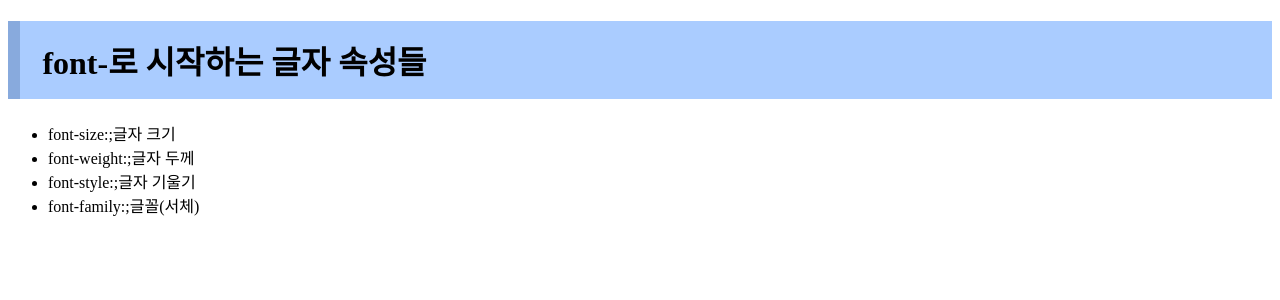
Repository: Git-Seokcoding/WEB
Page: CSS3/src/main/webapp/font.html
These files come from the project's save history. The page is drawn as it stood at one moment and after the next save; the edit follows.
The browser window is 1280 px wide. The pictures show the whole page.

Above is the page before, as saved 2023-10-12 08:37:52.

After the next save:
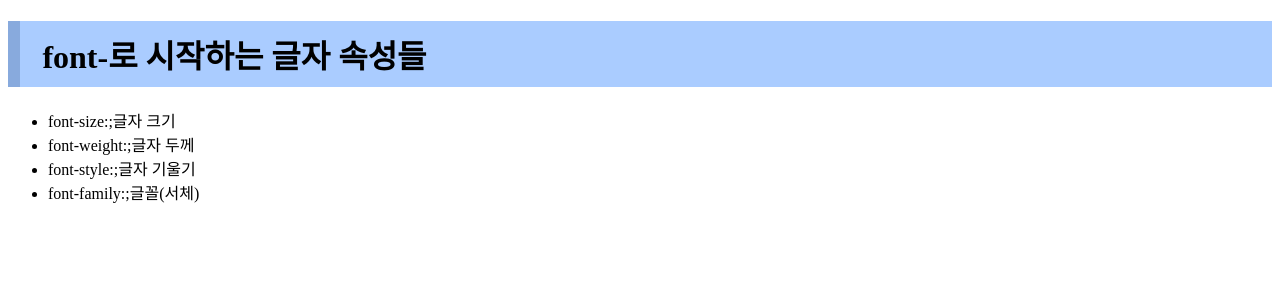
Saved 4 s later.
--- a/CSS3/src/main/webapp/font.css
+++ b/CSS3/src/main/webapp/font.css
@@ -1,5 +1,5 @@
 @charset "UTF-8";
 h1 {background-color: #acf;
 	border-left:12px solid #8ad;
-	padding:0.5em 0.7em;
+	padding:0.3em 0.7em;
 }
